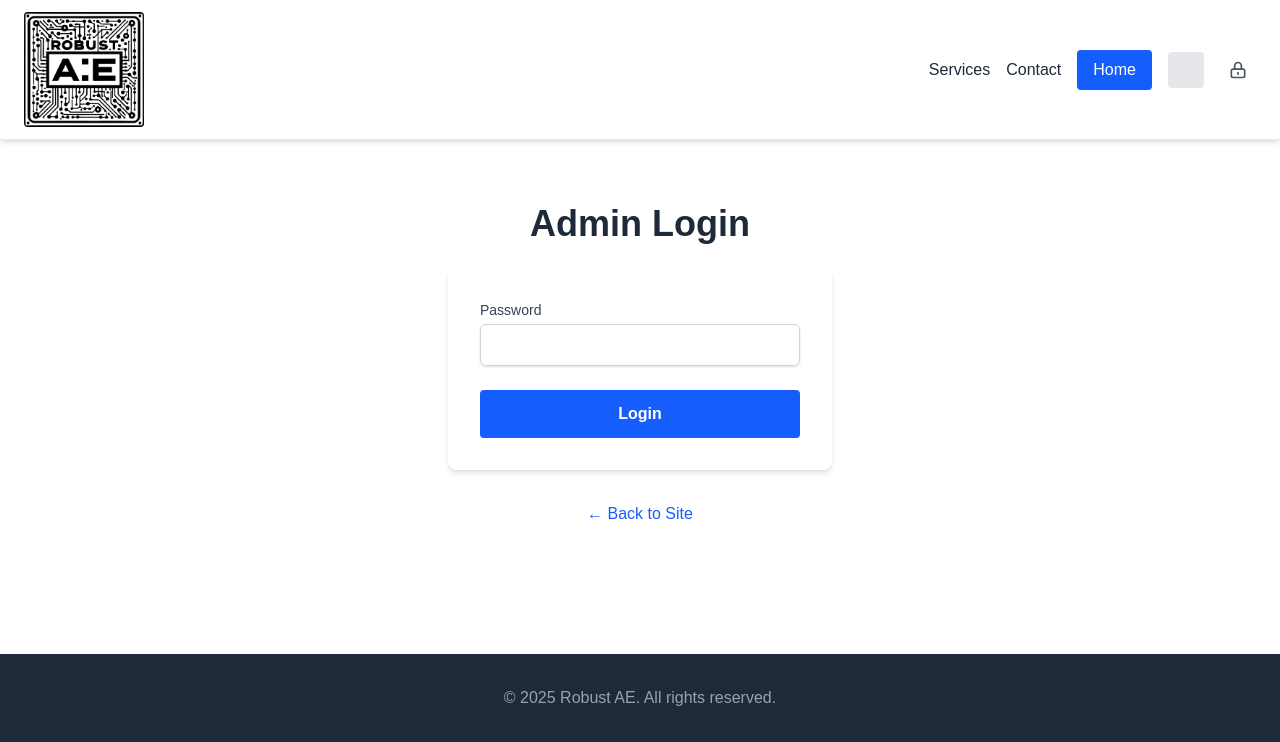
Repository: b0ase/robust-ae.com
Page: /admin
An editor plug-in stored every save of this project. The page is shown before and after the next save, followed by the edit.
The browser window is 1280 px wide. The pictures show the whole page.
The page's requests for data from a server got no answer. The project was rebuilt for these pictures with package versions that can differ from the ones it lists, and the page was loaded fresh each time. The framework's server and built-in components were replaced by stand-ins that run in the browser. No one was signed in, and anything a server would have sent is missing. Also part of the build but not shown: next.config.ts.

Above is the page before, as saved 2025-05-05 10:16:56.

### src/app/layout.tsx
import type { Metadata } from "next";
import { Geist, Geist_Mono, Roboto_Mono } from "next/font/google";
import "./globals.css";
import Providers from "./providers";

const geistSans = Geist({
  variable: "--font-geist-sans",
  subsets: ["latin"],
});

const geistMono = Geist_Mono({
  variable: "--font-geist-mono",
  subsets: ["latin"],
});

const robotoMono = Roboto_Mono({
  variable: "--font-roboto-mono",
  subsets: ["latin"],
  weight: ["400", "700"]
});

export const metadata: Metadata = {
  title: "Robust AE",
  description: "Embedded Systems Development and Industrial Automation",
};

export default function RootLayout({
  children,
}: Readonly<{
  children: React.ReactNode;
}>) {
  return (
    <html lang="en">
      <body
        className={`${geistSans.variable} ${geistMono.variable} ${robotoMono.variable} antialiased`}
      >
        <Providers>{children}</Providers>
      </body>
    </html>
  );
}

### src/app/admin/layout.tsx
import SharedLayout from '../shared-layout';

export default function AdminLayout({ children }: { children: React.ReactNode }) {
  // You might want to add admin-specific checks or context here later
  return <SharedLayout>{children}</SharedLayout>;
}

### src/app/admin/page.tsx
"use client"; // Mark as client component for form interaction (even if basic)

import React, { useState } from 'react';
import Link from 'next/link';
import { signIn, useSession, signOut } from 'next-auth/react'; // Import next-auth hooks

export default function AdminPage() {
  const { data: session, status } = useSession(); // Get session status
  const [password, setPassword] = useState('');
  const [error, setError] = useState<string | null>(null);

  const handleSubmit = async (e: React.FormEvent) => {
    e.preventDefault();
    setError(null); // Clear previous errors

    // Use environment variable for admin email
    const adminEmail = process.env.NEXT_PUBLIC_ADMIN_EMAIL || 'admin@example.com'; // Fallback if not set publicly

    try {
      const result = await signIn('credentials', {
        redirect: false, // Prevent redirect on error, handle manually
        email: adminEmail, // Use the admin email
        password: password,
      });

      if (result?.error) {
        console.error("Login Error:", result.error);
        // Provide user-friendly error messages based on common NextAuth errors
        if (result.error === 'CredentialsSignin') {
          setError('Invalid password. Please try again.');
        } else {
           setError('An unexpected error occurred during login.');
        }
        setPassword(''); // Clear password field on error
      } else if (result?.ok) {
        // Login successful - session will update automatically via useSession
        console.log('Login successful');
        // No need to redirect here, content will conditionally render
      } else {
        // Handle other potential non-error outcomes if needed
         setError('Login failed. Please try again.');
         setPassword('');
      }
    } catch (err) {
      console.error("Sign in exception:", err);
      setError('An error occurred. Please try again later.');
       setPassword('');
    }
  };

  // Show loading state while session is being determined
  if (status === "loading") {
    return (
        <div className="container mx-auto px-4 py-16 flex flex-col items-center">
            <p>Loading session...</p>
        </div>
    );
  }

  // If user is authenticated (session exists)
  if (session && session.user?.role === 'admin') {
    return (
      <div className="container mx-auto px-4 py-16">
        <h1 className="text-3xl md:text-4xl font-bold mb-6">Admin Dashboard</h1>
        <p className="mb-4">Welcome, {session.user.email}!</p>
        <p className="mb-8">This is the protected admin content area. Add site editing tools here.</p>
        <button
            onClick={() => signOut({ callbackUrl: '/newsite' })} // Sign out and redirect
            className="bg-red-600 text-white font-semibold px-6 py-2 rounded hover:bg-red-700 transition duration-300"
        >
            Sign Out
        </button>
      </div>
    );
  }

  // If user is not authenticated, show login form
  return (
    <div className="container mx-auto px-4 py-16 flex flex-col items-center">
       <h1 className="text-3xl md:text-4xl font-bold mb-6">Admin Login</h1>
       <div className="w-full max-w-sm bg-white dark:bg-gray-800 p-8 rounded-lg shadow-md">
        <form onSubmit={handleSubmit} className="space-y-6">
          {/* Display login errors */}
          {error && (
            <div className="bg-red-100 border border-red-400 text-red-700 px-4 py-3 rounded relative" role="alert">
              <span className="block sm:inline">{error}</span>
            </div>
          )}
          {/* No need for email input if we hardcode the admin email */}
          {/* <div> ... Email input ... </div> */}
          <div>
              <label
                htmlFor="password"
                className="block text-sm font-medium text-gray-700 dark:text-gray-300 mb-1"
              >
                Password
              </label>
              <input
                type="password"
                id="password"
                name="password"
                required
                value={password} // Control the input value
                onChange={(e) => setPassword(e.target.value)} // Update state on change
                className="w-full px-3 py-2 border border-gray-300 dark:border-gray-600 rounded-md shadow-sm focus:outline-none focus:ring-blue-500 focus:border-blue-500 dark:bg-gray-700 dark:text-white"
              />
            </div>

            <div>
              <button
                type="submit"
                className="w-full bg-blue-600 text-white font-semibold px-6 py-3 rounded hover:bg-blue-700 transition duration-300 disabled:opacity-50"
              >
                Login
              </button>
            </div>
        </form>
       </div>
       <Link href="/newsite" className="text-blue-600 dark:text-blue-400 hover:underline mt-8">&larr; Back to Site</Link>
    </div>
  );
}

### src/app/providers.tsx
"use client";

import { SessionProvider } from "next-auth/react";

export default function Providers({ children }: { children: React.ReactNode }) {
  return <SessionProvider>{children}</SessionProvider>;
}

### src/app/shared-layout.tsx
"use client"; // Mark as Client Component for theme state

import React, { useState, useEffect } from 'react';
import Image from 'next/image';
import Link from 'next/link';

// This component defines the shared structure (header, footer, theme)
export default function SharedLayout({ children }: { children: React.ReactNode }) {
  // State for theme management
  const [theme, setTheme] = useState('dark');

  // Effect to apply theme class and set initial state
  useEffect(() => {
    if (theme === 'dark') {
      document.documentElement.classList.add('dark');
    } else {
      document.documentElement.classList.remove('dark');
    }
    // Optional: Save theme preference to localStorage if needed
  }, [theme]);

  // Function to toggle theme
  const toggleTheme = () => {
    setTheme(theme === 'light' ? 'dark' : 'light');
  };

  return (
    <div className="bg-white dark:bg-black text-gray-800 dark:text-gray-200 min-h-screen">
      {/* Header Section - Insert Actual Code */}
      <header className="sticky top-0 z-50 bg-white dark:bg-black border-b border-gray-200 dark:border-gray-700 shadow-md">
        <nav className="container mx-auto px-6 py-3 flex justify-between items-center">
          <div>
            <Link href="/newsite">
              <Image
                src="/images/logos/AE vector-2.png"
                alt="Robust AE Logo"
                width={120} // Keep small size
                height={40}
                className="dark:invert"
               />
            </Link>
          </div>
          <div className="space-x-4 flex items-center">
            <Link href="/newsite#services" className="hover:text-blue-600 dark:hover:text-blue-400">Services</Link>
            <Link href="/newsite#contact" className="hover:text-blue-600 dark:hover:text-blue-400">Contact</Link>
            <Link href="/" className="bg-blue-600 text-white px-4 py-2 rounded hover:bg-blue-700">Home</Link>
            {/* Theme Toggle Button */}
            <button
              onClick={toggleTheme}
              className="p-2 rounded bg-gray-200 dark:bg-gray-800 hover:bg-gray-300 dark:hover:bg-gray-700"
              aria-label="Toggle theme"
            >
              {theme === 'light' ? (
                <svg xmlns="http://www.w3.org/2000/svg" className="h-5 w-5 text-gray-800" fill="none" viewBox="0 0 24 24" stroke="currentColor"><path strokeLinecap="round" strokeLinejoin="round" strokeWidth={2} d="M20.354 15.354A9 9 0 018.646 3.646 9.003 9.003 0 0012 21a9.003 9.003 0 008.354-5.646z" /></svg>
              ) : (
                <svg xmlns="http://www.w3.org/2000/svg" className="h-5 w-5 text-gray-200" fill="none" viewBox="0 0 24 24" stroke="currentColor"><path strokeLinecap="round" strokeLinejoin="round" strokeWidth={2} d="M12 3v1m0 16v1m9-9h-1M4 12H3m15.364 6.364l-.707-.707M6.343 6.343l-.707-.707m12.728 0l-.707.707M6.343 17.657l-.707.707M16 12a4 4 0 11-8 0 4 4 0 018 0z" /></svg>
              )}
            </button>
             {/* Admin Link */}
             <Link href="/admin" className="p-2 rounded hover:bg-gray-100 dark:hover:bg-gray-700" title="Admin Login">
               <svg xmlns="http://www.w3.org/2000/svg" className="h-5 w-5 text-gray-600 dark:text-gray-400" fill="none" viewBox="0 0 24 24" stroke="currentColor" strokeWidth={2}>
                 <path strokeLinecap="round" strokeLinejoin="round" d="M12 15v2m-6 4h12a2 2 0 002-2v-6a2 2 0 00-2-2H6a2 2 0 00-2 2v6a2 2 0 002 2zm10-10V7a4 4 0 00-8 0v4h8z" />
               </svg>
             </Link>
          </div>
        </nav>
      </header>

      {/* Render the actual page content here */}
      <main>{children}</main>

       {/* Footer Section - Insert Actual Code */}
       <footer className="bg-gray-800 dark:bg-black text-gray-400 dark:text-gray-500 py-8 mt-16">
         <div className="container mx-auto text-center">
           <p>© {new Date().getFullYear()} Robust AE. All rights reserved.</p>
           {/* Add footer links if needed */}
         </div>
       </footer>
    </div>
  );
}

Loaded but not shown: src/app/globals.css (common file)

After the next save:
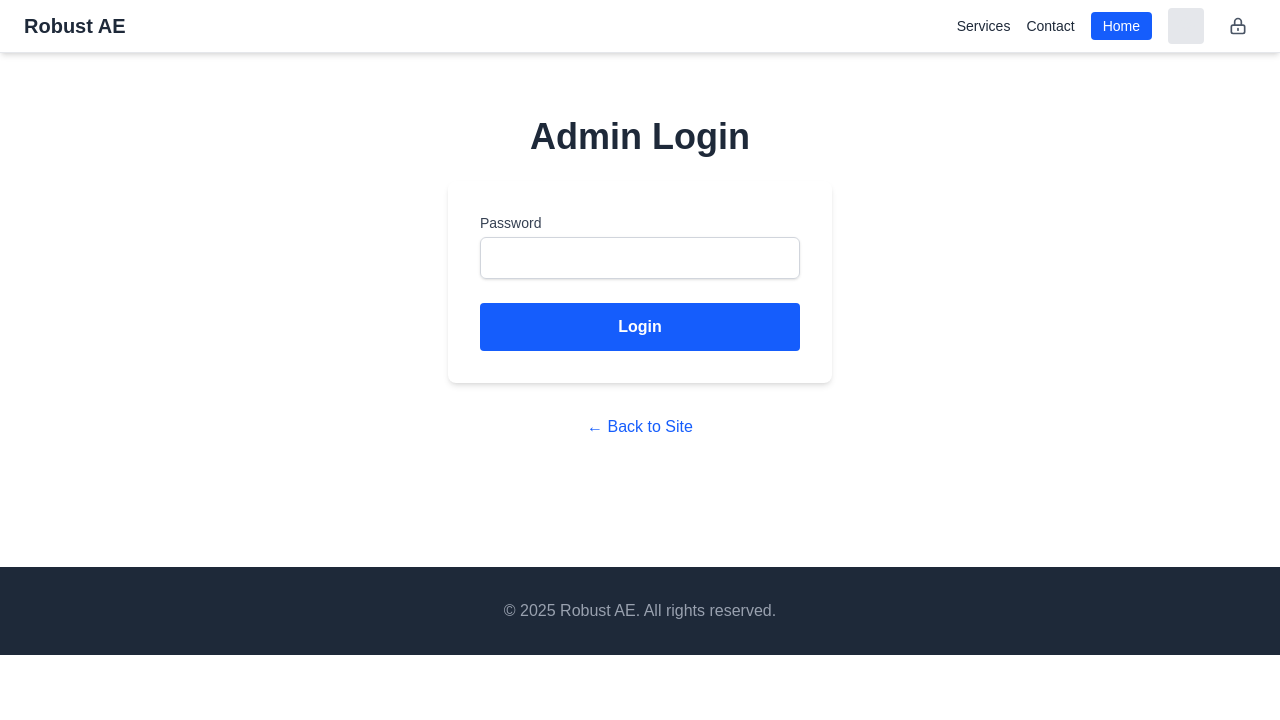
Saved 15 s later.
--- a/src/app/shared-layout.tsx
+++ b/src/app/shared-layout.tsx
@@ -26,24 +26,22 @@
 
   return (
     <div className="bg-white dark:bg-black text-gray-800 dark:text-gray-200 min-h-screen">
-      {/* Header Section - Insert Actual Code */}
+      {/* Header Section */}
       <header className="sticky top-0 z-50 bg-white dark:bg-black border-b border-gray-200 dark:border-gray-700 shadow-md">
-        <nav className="container mx-auto px-6 py-3 flex justify-between items-center">
+        {/* Reduce vertical padding py-2 */}
+        <nav className="container mx-auto px-6 py-2 flex justify-between items-center">
           <div>
-            <Link href="/newsite">
-              <Image
-                src="/images/logos/AE vector-2.png"
-                alt="Robust AE Logo"
-                width={120} // Keep small size
-                height={40}
-                className="dark:invert"
-               />
+            <Link href="/newsite" className="text-xl font-semibold font-[var(--font-roboto-mono)] dark:text-white hover:text-blue-600 dark:hover:text-blue-400">
+              {/* Remove Image, Add Text */}
+              Robust AE
             </Link>
           </div>
           <div className="space-x-4 flex items-center">
-            <Link href="/newsite#services" className="hover:text-blue-600 dark:hover:text-blue-400">Services</Link>
-            <Link href="/newsite#contact" className="hover:text-blue-600 dark:hover:text-blue-400">Contact</Link>
-            <Link href="/" className="bg-blue-600 text-white px-4 py-2 rounded hover:bg-blue-700">Home</Link>
+            {/* Make nav links slightly smaller? text-sm */}
+            <Link href="/newsite#services" className="text-sm hover:text-blue-600 dark:hover:text-blue-400">Services</Link>
+            <Link href="/newsite#contact" className="text-sm hover:text-blue-600 dark:hover:text-blue-400">Contact</Link>
+            {/* Make Home button slightly smaller? text-sm px-3 py-1 */}
+            <Link href="/" className="bg-blue-600 text-white text-sm px-3 py-1 rounded hover:bg-blue-700">Home</Link>
             {/* Theme Toggle Button */}
             <button
               onClick={toggleTheme}
